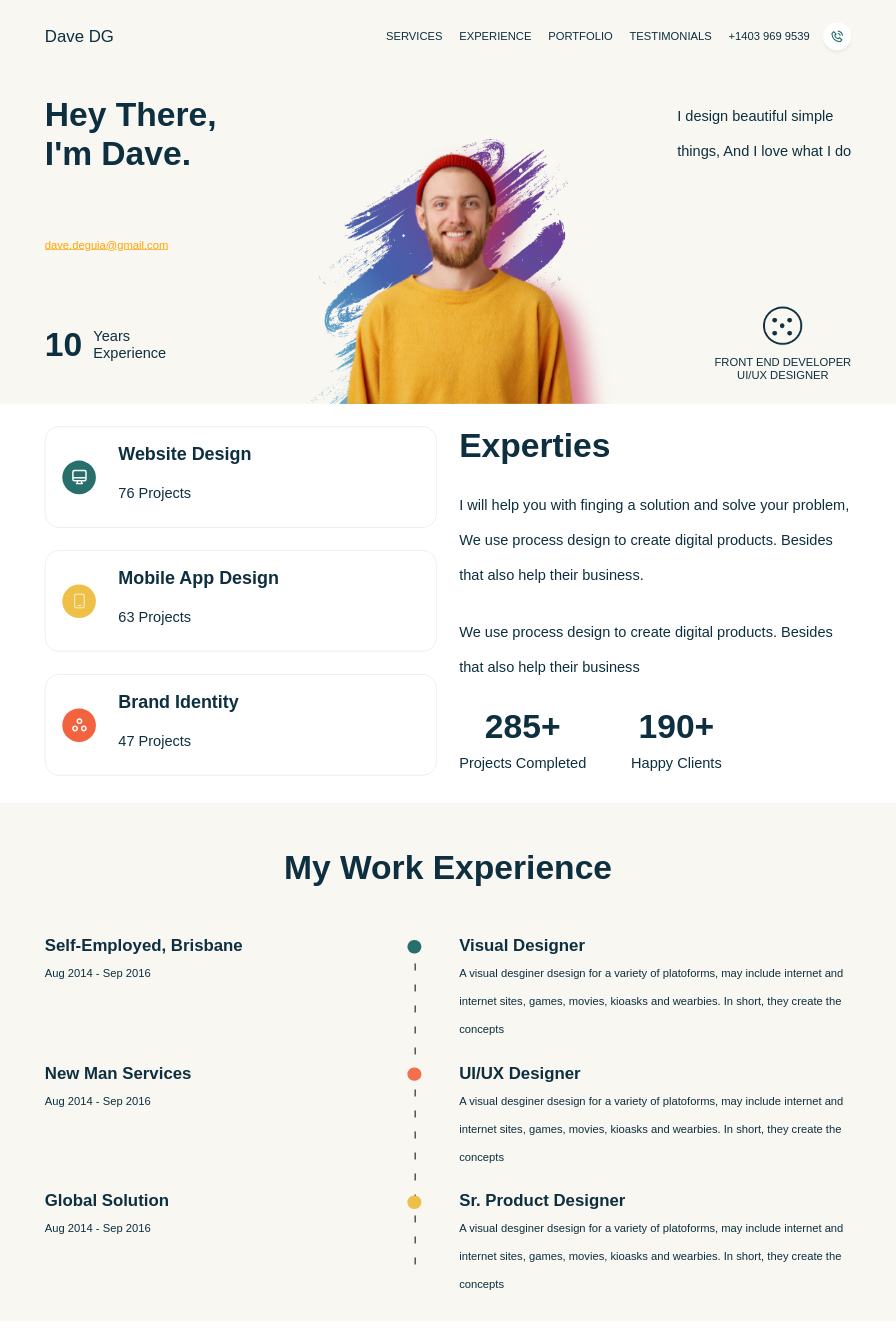
Repository: davedeguia/framer-motion-portfolio
Page: /
The author's editor kept a copy of each file at every save. The page is drawn from the files as they stood at one save, then again after the next save.
The browser window is 1280 px wide. The pictures show the part of the page from y = 0 to 1920 px (the page is 3336 px tall before and 720 px after), at 70% of full size.
Some web fonts or font styles are not loaded; a fallback is used. Some web libraries are served in a nearby version. The project was rebuilt for these pictures with package versions that can differ from the ones it lists, and the page was loaded fresh each time. Also part of the build but not shown: vite.config.js, src/components/Footer/Footer.module.scss.

Above is the page before, as saved 2023-02-11 07:25:51.

### index.html
<!DOCTYPE html>
<html lang="en">
  <head>
    <meta charset="UTF-8" />
    <link rel="icon" type="image/svg+xml" href="/vite.svg" />
    <meta name="viewport" content="width=device-width, initial-scale=1.0" />
    <link rel="stylesheet" href="https://stijndv.com/fonts/Eudoxus-Sans.css" />
    <link
      rel="stylesheet"
      type="text/css"
      charset="UTF-8"
      href="https://cdnjs.cloudflare.com/ajax/libs/slick-carousel/1.6.0/slick.min.css"
    />
    <link
      rel="stylesheet"
      type="text/css"
      href="https://cdnjs.cloudflare.com/ajax/libs/slick-carousel/1.6.0/slick-theme.min.css"
    />
      <title>Dave DG</title>
  </head>
  <body>
    <div id="root"></div>
    <script type="module" src="/src/main.jsx"></script>
  </body>
</html>

### src/main.jsx
import React from 'react'
import ReactDOM from 'react-dom/client'
import App from './App'
import './styles/index.css'
import './styles/global.scss'

ReactDOM.createRoot(document.getElementById('root')).render(
  <React.StrictMode>
    <App />
  </React.StrictMode>
)

### src/App.jsx
import Experties from './components/Experties/Experties'
import Footer from './components/Footer/Footer'
import Header from './components/Header/Header'
import Hero from './components/Hero/Hero'
import People from './components/People/People'
import Portfolio from './components/Portfolio/Portfolio'
import Works from './components/Works/Works'
import css from './styles/app.module.scss'

const App = () => {
  return (
    <div className={`bg-primary ${css.container}`}>
      <Header />
      <Hero />
      <Experties />
      <Works />
      <Portfolio />
      <People />
      <Footer />
    </div>
  )
}

export default App

### src/styles/index.css
* {
    margin: 0;
    padding: 0;
    box-sizing: border-box;
    scroll-behavior: smooth;
    font-family: "Eudoxus Sans", sans-serif;
  }

### src/styles/global.scss
@import './constants.scss';

.bg-primary {
  background: #F8F7F1;
}

.innerWidth {
  @media (min-width: $xxl) {
    max-width: 1280px;
    margin: auto;
  }

  width: 100%;
}

.paddings {
  @media (min-width: $sm) {
    padding: 4rem;
  }


  @media (min-width: $xl),
  (min-width: $md) {
    padding-top: 2rem;
    padding-bottom: 2rem;
  }

  padding-left: 1.5rem;
  padding-right: 1.5rem;
  padding-top: 1.5rem;
  padding-bottom: 1.5rem;
}



.xPaddings {
  @media (min-width: $sm) {
    padding-left: 4rem;
    padding-right: 4rem;
  }

  padding-left: 1.5rem;
  /* 24px */
  padding-right: 1.5rem;
  /* 24px */
}

.yPaddings {
  @media (min-width: $sm) {
    padding-top: 4rem;
    padding-bottom: 4rem;
  }

  @media (min-width: $xl) {
    padding-top: 2rem;
    padding-bottom: 2rem;
  }

  padding-top: 3rem;
  padding-bottom: 3rem;
}

.topPaddings {
  @media (min-width : $sm) {
    padding-top: 4rem;
  }

  @media (min-width: $xl) {
    padding-top: 2rem;
  }

  padding-top: 3rem;
}


.bottomPaddings {
  @media (min-width : $sm) {
    padding-bottom: 4rem;
  }

  @media (min-width: $xl) {
    padding-bottom: 2rem;
  }

  padding-bottom: 3rem;
}


.flexCenter {
  display: flex;
  justify-content: center;
  align-items: center;
}

.flexStart {
  display: flex;
  justify-content: start;
  align-items: center;
}

.flexEnd {
  display: flex;
  justify-items: end;
}

.primaryText {
  @media (max-width: $sm) {
    font-size: 2.5rem;
  }
  font-size: 3rem;
  font-weight: bold;
}

.secondaryText {
  @media (max-width: $sm) {
    font-size: 1.1rem;
    line-height: 40px;
  }
  line-height: 50px;
  font-size: 1.3rem;
  font-weight: 500
}
.anchor {
  display: block;
  position: relative;
  top: -100px;
  visibility: hidden;
}

### src/components/Footer/Footer.jsx
import React from 'react'
import css from './Footer.module.scss'

const Footer = () => {
  return (
    <section>
      <div className={css.container}>
        <div className={css.container}>
          <div className={css.left}>
            <span className='primaryText'>
              Let's make something <br /> amazing together.
            </span>
            <span className='primaryText'>
              Start by <a href='mailto:dave.deguia@gmail.com'>saying hi</a>
            </span>
          </div>
          <div className={css.right}>
            <div className={css.info}>
              <span className='secondaryText'>Information</span>
              <p>791 Penbrooke Rd SE, Calgary AB. Canada T2A 3T4</p>
            </div>

            <div className={css.menu}>
              <li>Services</li>
              <li>Works</li>
              <li>Notes</li>
              <li>Experience</li>
            </div>
          </div>
        </div>
      </div>
    </section>
  )
}

export default Footer

### src/components/Header/Header.jsx
import React, { useState, useRef } from 'react'
import css from './Header.module.scss'
import { BiMenuAltRight, BiPhoneCall } from 'react-icons/bi'
import { motion } from 'framer-motion'
import { getMenuStyles, headerVariants } from '../../utils/motion'
import useOutsideAlerter from '../../hooks/useOutsideAlerter'
import useHeaderShadow from '../../hooks/useHeaderShadow'

const Header = () => {
  const menuRef = useRef(null)
  const [menuOpened, setMenuOpened] = useState(false)
  const headerShadow = useHeaderShadow()

  //to handle click outside of sidebar on mobile
  useOutsideAlerter({
    menuRef,
    setMenuOpened,
  })

  return (
    <motion.div
      initial='hidden'
      whileInView='show'
      variants={headerVariants}
      viewport={{ once: false, amount: 0.25 }}
      className={`bg-primary paddings ${css.wrapper}`}
      style={{ boxShadow: headerShadow }}
    >
      <div className={`flexCenter innerWidth ${css.container}`}>
        <div className={css.name}>Dave DG</div>
        <ul
          style={getMenuStyles(menuOpened)}
          className={`flexCenter ${css.menu}`}
        >
          <li>
            <a href='#experties'>Services</a>
          </li>

          <li>
            <a href='#work'>Experience</a>
          </li>

          <li>
            <a href='#portfolio'>Portfolio</a>
          </li>

          <li>
            <a href='#people'>Testimonials</a>
          </li>

          <li className={`flexCenter ${css.phone}`}>
            <p>+1403 969 9539</p>
            <BiPhoneCall size={'40px'} />
          </li>
        </ul>
        {/* for medium and small screens */}
        <div
          className={css.menuIcon}
          onClick={() => setMenuOpened((prev) => !prev)}
        >
          <BiMenuAltRight size={30} />
        </div>
      </div>
    </motion.div>
  )
}

export default Header

### src/components/Hero/Hero.jsx
import React from 'react'
import css from './Hero.module.scss'
import { motion } from 'framer-motion'
import { fadeIn, slideIn, staggerContainer } from '../../utils/motion'

const Hero = () => {
  return (
    <section className={`paddings ${css.wrapper}`}>
      <motion.div
        variants={staggerContainer}
        initial='hidden'
        whileInView='show'
        viewport={{ once: false, amount: 0.25 }}
        className={`innerWidth ${css.container}`}
      >
        {/* upper elements */}
        <div className={css.upperElements}>
          <motion.span
            variants={fadeIn('right', 'tween', 0.2, 1)}
            className='primaryText'
          >
            Hey There, <br /> I'm Dave.
          </motion.span>
          <motion.span
            variants={fadeIn('left', 'tween', 0.4, 1)}
            className='secondaryText'
          >
            I design beautiful simple <br /> things, And I love what I do
          </motion.span>
        </div>

        {/* person image */}
        <motion.div
          variants={fadeIn('up', 'tween', 0.3, 1)}
          className={css.person}
        >
          <motion.img
            variants={slideIn('up', 'tween', 0.5, 1.3)}
            src='./person.png'
            alt=''
          />
        </motion.div>

        {/* email */}
        <a className={css.email} href='mailto:dave.deguia@gmail.com'>
          dave.deguia@gmail.com
        </a>

        {/* lower elements */}
        <div className={css.lowerElements}>
          <div className={css.experience}>
            <div className='primaryText'>10</div>
            <div className='secondaryText'>
              <div>Years</div>
              <div>Experience</div>
            </div>
          </div>
          <div className={css.certificate}>
            <img src='./certificate.png' alt='' />
            <span>FRONT END DEVELOPER</span>
            <span>UI/UX DESIGNER</span>
          </div>
        </div>
      </motion.div>
    </section>
  )
}

export default Hero

### src/components/People/People.jsx
import React from 'react'
import { comments, sliderSettings } from '../../utils/data'
import css from './People.module.scss'
import Slider from 'react-slick'
import { motion } from 'framer-motion'
import { footerVariants, staggerChildren } from '../../utils/motion'
const People = () => {
  return (
    <motion.section
      variants={staggerChildren}
      initial='hidden'
      whileInView='show'
      viewport={{ once: false, amount: 0.25 }}
      section
      className={`paddings ${css.wrapper}`}
    >
      <a className='anchor' id='people'></a>

      <motion.div
        variants={footerVariants}
        className={`yPaddings innerWidth ${css.container}`}
      >
        <div className={`flexCenter ${css.heading}`}>
          <span className='primaryText'>People talk about us</span>
          <p style={{ marginTop: '2rem' }}>
            I got a job that was in accordance with the salary and field of work
          </p>
          <p>The process of submitting an appilication was quite cosy</p>
        </div>

        <div className={`yPaddings ${css.comments}`}>
          {/* to use slider , we have to inlcude css in index.html head */}
          <Slider {...sliderSettings} className={css.slider}>
            {comments.map((comment, i) => {
              return (
                <div className={`flexCenter ${css.comment}`}>
                  <img src={comment.img} alt='' />
                  <p>{comment.comment}</p>
                  <div className={css.line}></div>
                  <div className={css.bio}>
                    <span>{comment.name}</span>
                    <span>{comment.post}</span>
                  </div>
                </div>
              )
            })}
          </Slider>
        </div>
      </motion.div>
    </motion.section>
  )
}

export default People

### src/components/Portfolio/Portfolio.jsx
import React from 'react'
import { motion } from 'framer-motion'
import css from './Portfolio.module.scss'
import { fadeIn, staggerChildren, textVariant } from '../../utils/motion'
const Portfolio = () => {
  return (
    <motion.section
      variants={staggerChildren}
      initial='hidden'
      whileInView='show'
      viewport={{ once: false, amount: 0.25 }}
      className={`paddings ${css.wrapper}`}
    >
      <a className='anchor' id='portfolio'></a>

      <div className={`innerWidth flexCenter ${css.container}`}>
        <motion.div
          variants={textVariant(0.4)}
          className={`flexCenter ${css.heading}`}
        >
          <div>
            <span className='primaryText'>My Latest Works</span>
            <p style={{ marginTop: '10px' }}>
              Perfect solution for digital experience
            </p>
          </div>
          <span className='secondaryText'>Explore More Works</span>
        </motion.div>

        <div className={`flexCenter ${css.showCase}`}>
          <motion.img
            variants={fadeIn('up', 'tween', 0.5, 0.6)}
            src='./showCase1.png'
            alt='project'
          />
          <motion.img
            variants={fadeIn('up', 'tween', 0.7, 0.6)}
            src='./showCase2.png'
            alt='project'
          />
          <motion.img
            variants={fadeIn('up', 'tween', 0.9, 0.6)}
            src='./showCase3.png'
            alt='project'
          />
        </div>
      </div>
    </motion.section>
  )
}

export default Portfolio

### src/styles/app.module.scss
@import './constants.scss';

.container{
    overflow-x: clip;
    position: relative;
    color: $primary;

}

### src/components/Experties/Experties.module.scss
@import './../../styles/constants.scss';

.wrapper {
    background: white;

    .container {
        align-items: flex-start;
        gap: 2rem;
        flex-wrap: wrap;
        >div {
            flex: 1;
        }

        .leftSide {
            display: flex;
            flex-direction: column;
            gap: 2rem;

            .exp {
                display: flex;
                align-items: center;
                border: 1px solid $secondary-white;
                border-radius: 20px;
                padding: 1.5rem;
                gap: 2rem;
                transition: all 200ms ease-out;

                &:hover {
                    cursor: pointer;
                    box-shadow: 0px 21px 13px rgba(0, 0, 0, 0.04);
                }

                //icon circles
                >:nth-child(1) {
                    padding: 10px;
                    width: 3rem;
                    height: 3rem;
                    border-radius: 999px;
                }

                //description
                >:nth-child(2) {
                    display: flex;
                    flex-direction: column;
                    gap: 1rem;

                    >:nth-child(1) {
                        font-size: 1.6rem;
                        font-weight: bold;
                    }
                }

            }
        }

        .rightSide {
            @media (max-width: $sm) {
                text-align: center;
            }
            display: flex;
            flex-direction: column;
            gap: 2rem;

            .stats {
                justify-content: flex-start;
                gap: 4rem;

                .stat {
                    flex-direction: column;
                    justify-content: flex-start;
                }
            }
        }
    }
}

### src/hooks/useOutsideAlerter.jsx
import { useEffect, useState } from "react";

export default function useOutsideAlerter({menuRef, setMenuOpened}) {
  const viewport_width = document.documentElement.clientWidth;
  useEffect(() => {
    /**
     * Alert if clicked on outside of element
     */
    function handleClickOutside(event) {
      if (menuRef.current && !menuRef.current.contains(event.target)) {
        if (viewport_width <= 640) {
            setMenuOpened(false);
        }
      }
    }
    // Bind the event listener
    document.addEventListener("mousedown", handleClickOutside);
    return () => {
      // Unbind the event listener on clean up
      document.removeEventListener("mousedown", handleClickOutside);
    };
  }, [menuRef]);

}

### src/components/Portfolio/Portfolio.module.scss
@import './../../styles/constants.scss';

.wrapper{
    background: white;
    overflow: hidden;
    .container{
        flex-direction: column;
        gap: 2rem;
        .heading{
            width: 100%;
            justify-content: space-between;
            align-items: flex-end;
            flex-wrap: wrap;
            >:nth-child(2)
            {
                text-decoration: underline;
                color: orange;
                cursor: pointer;
            }
        }

        .showCase{
            width: 100%;
            gap: 1.5rem;
            justify-content: space-around;
            flex-wrap: wrap;
            >img{

                @media (max-width: $sm) {
                    width: 100%;
                }
                border-radius: 20px;
                max-width: 25rem;
                max-height: 18rem;
                box-shadow: 0px 21px 13px rgba(0, 0, 0, 13%);
                cursor: pointer;
            }
        }
    }
}

### src/components/Works/Works.module.scss
@import './../../styles/constants.scss';

.wrapper {
    .container {
        flex-direction: column;
        gap: 2rem;

        .experiences {
            width: 100%;
            flex-direction: column;
            gap: 1.4rem;
            position: relative;

            .exp {
                width: 100%;
                justify-content: space-between;
                line-height: 40px;
                align-items: flex-start;

                >div {
                    flex: 1;
                }

                .role {
                    margin-left: 2rem;
                }
            }

            .progressbar {
                position: absolute;
                height: 100%;
                display: flex;
                flex-direction: column;
                gap: 1.4rem;
                left: 45%;

                .line {
                    position: absolute;
                    height: 92%;
                    width: 2px;
                    background-image: linear-gradient(black 33%, rgba(255, 255, 255, 0) 0%);
                    background-position: right;
                    background-size: 2px 30px;
                    background-repeat: repeat-y;
                    left: 48%;
                    z-index: 1;
                    border-radius: 5px;
                }

                >div {
                    flex: 1;
                    padding-top: .8rem;
                    z-index: 2;

                    .circle {
                        border-radius: 50%;
                        background: black;
                        width: 1.2rem;
                        height: 1.2rem;
                    }
                }
            }
        }

    }
}

Loaded but not shown: src/styles/constants.scss (common file); src/hooks/useHeaderShadow.jsx (common file); src/utils/data.js (156 lines, source omitted); src/utils/motion.js (151 lines, source omitted); src/components/People/People.module.scss (78 lines, source omitted); src/components/Hero/Hero.module.scss (92 lines, source omitted); src/components/Experties/Experties.jsx (66 lines, source omitted); src/components/Header/Header.module.scss (90 lines, source omitted); src/components/Works/Works.jsx (76 lines, source omitted)

After the next save:
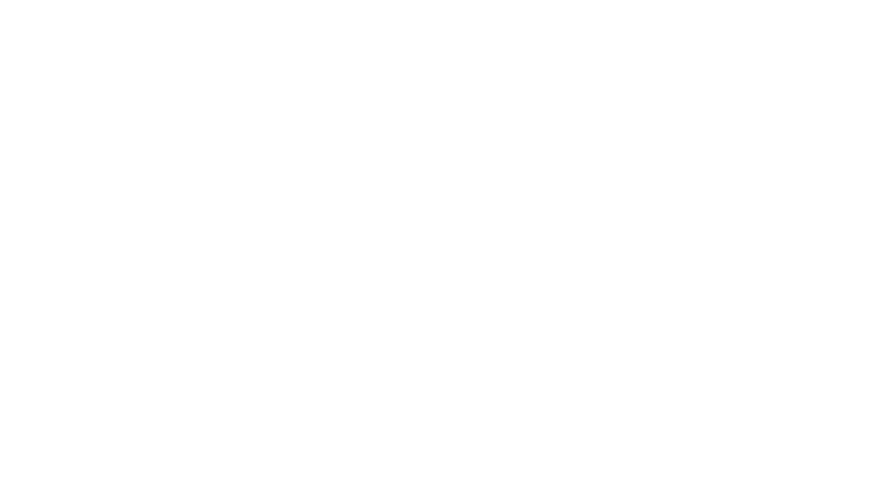
Console error: ReferenceError: motion is not defined
Saved 74 s later.
--- a/src/components/Footer/Footer.jsx
+++ b/src/components/Footer/Footer.jsx
@@ -3,33 +3,31 @@
 
 const Footer = () => {
   return (
-    <section>
+    <motion.section className={css.container}>
       <div className={css.container}>
-        <div className={css.container}>
-          <div className={css.left}>
-            <span className='primaryText'>
-              Let's make something <br /> amazing together.
-            </span>
-            <span className='primaryText'>
-              Start by <a href='mailto:dave.deguia@gmail.com'>saying hi</a>
-            </span>
+        <div className={css.left}>
+          <span className='primaryText'>
+            Let's make something <br /> amazing together.
+          </span>
+          <span className='primaryText'>
+            Start by <a href='mailto:dave.deguia@gmail.com'>saying hi</a>
+          </span>
+        </div>
+        <div className={css.right}>
+          <div className={css.info}>
+            <span className='secondaryText'>Information</span>
+            <p>791 Penbrooke Rd SE, Calgary AB. Canada T2A 3T4</p>
           </div>
-          <div className={css.right}>
-            <div className={css.info}>
-              <span className='secondaryText'>Information</span>
-              <p>791 Penbrooke Rd SE, Calgary AB. Canada T2A 3T4</p>
-            </div>
 
-            <div className={css.menu}>
-              <li>Services</li>
-              <li>Works</li>
-              <li>Notes</li>
-              <li>Experience</li>
-            </div>
+          <div className={css.menu}>
+            <li>Services</li>
+            <li>Works</li>
+            <li>Notes</li>
+            <li>Experience</li>
           </div>
         </div>
       </div>
-    </section>
+    </motion.section>
   )
 }
 

After the save that followed:
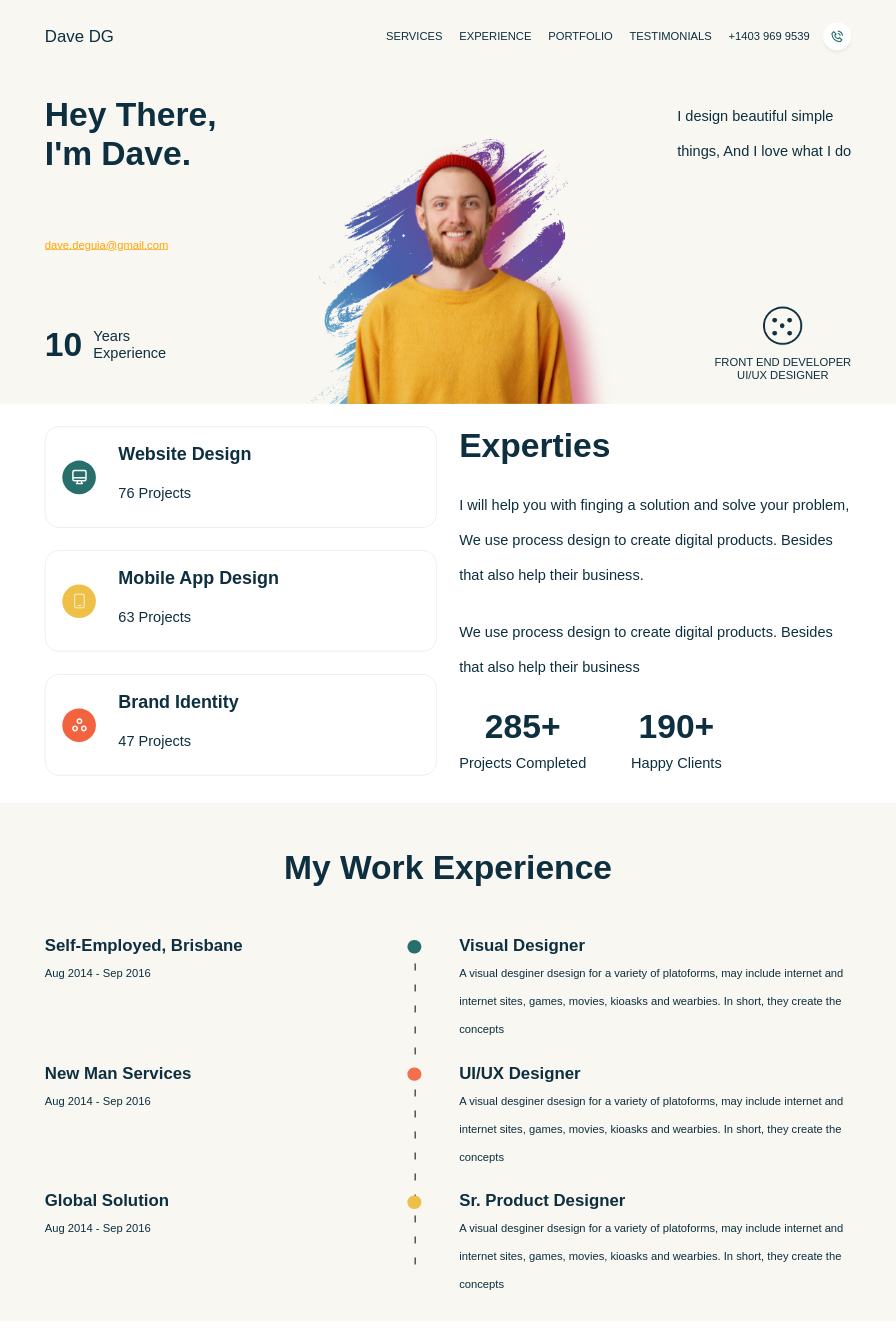
The error is gone.
Saved 2 min 9 s later.
--- a/src/components/Footer/Footer.jsx
+++ b/src/components/Footer/Footer.jsx
@@ -1,9 +1,17 @@
 import React from 'react'
 import css from './Footer.module.scss'
+import { motion } from 'framer-motion'
+import { staggerChildren } from '../../utils/motion.js'
 
 const Footer = () => {
   return (
-    <motion.section className={css.container}>
+    <motion.section
+      variants={staggerChildren}
+      initial='hidden'
+      whileInView='show'
+      viewport={{ once: false, amount: 0.25 }}
+      className={css.wrapper}
+    >
       <div className={css.container}>
         <div className={css.left}>
           <span className='primaryText'>
